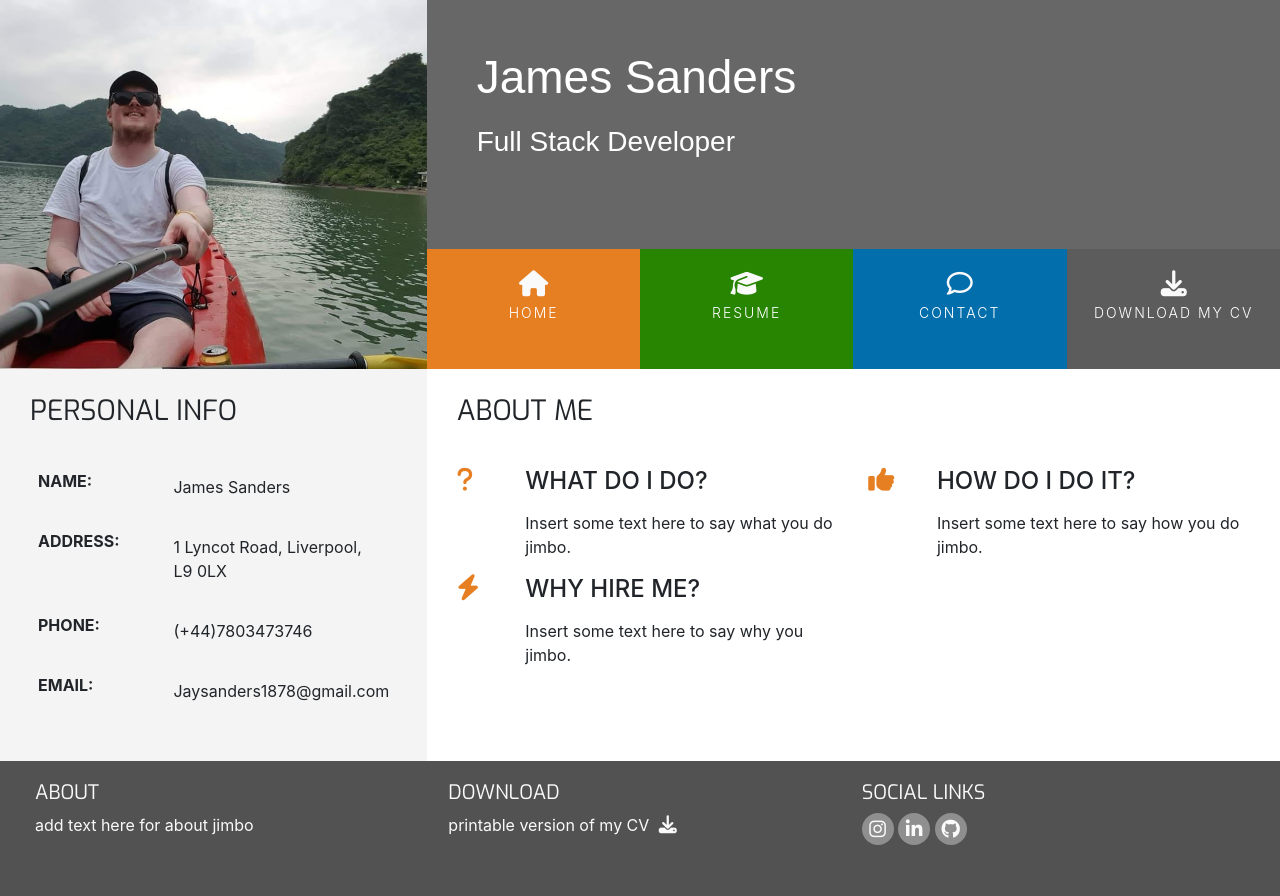
Repository: JaySanders95/my-online-resume
Page: index.html
The author's editor kept a copy of each file at every save. The page is drawn from the files as they stood at one save, then again after the next save.
The browser window is 1280 px wide. The pictures show the whole page.
Some web fonts or font styles are not loaded; a fallback is used. Some web libraries are served in a nearby version.

Above is the page before, as saved 2023-04-19 22:12:57.

After the next save:
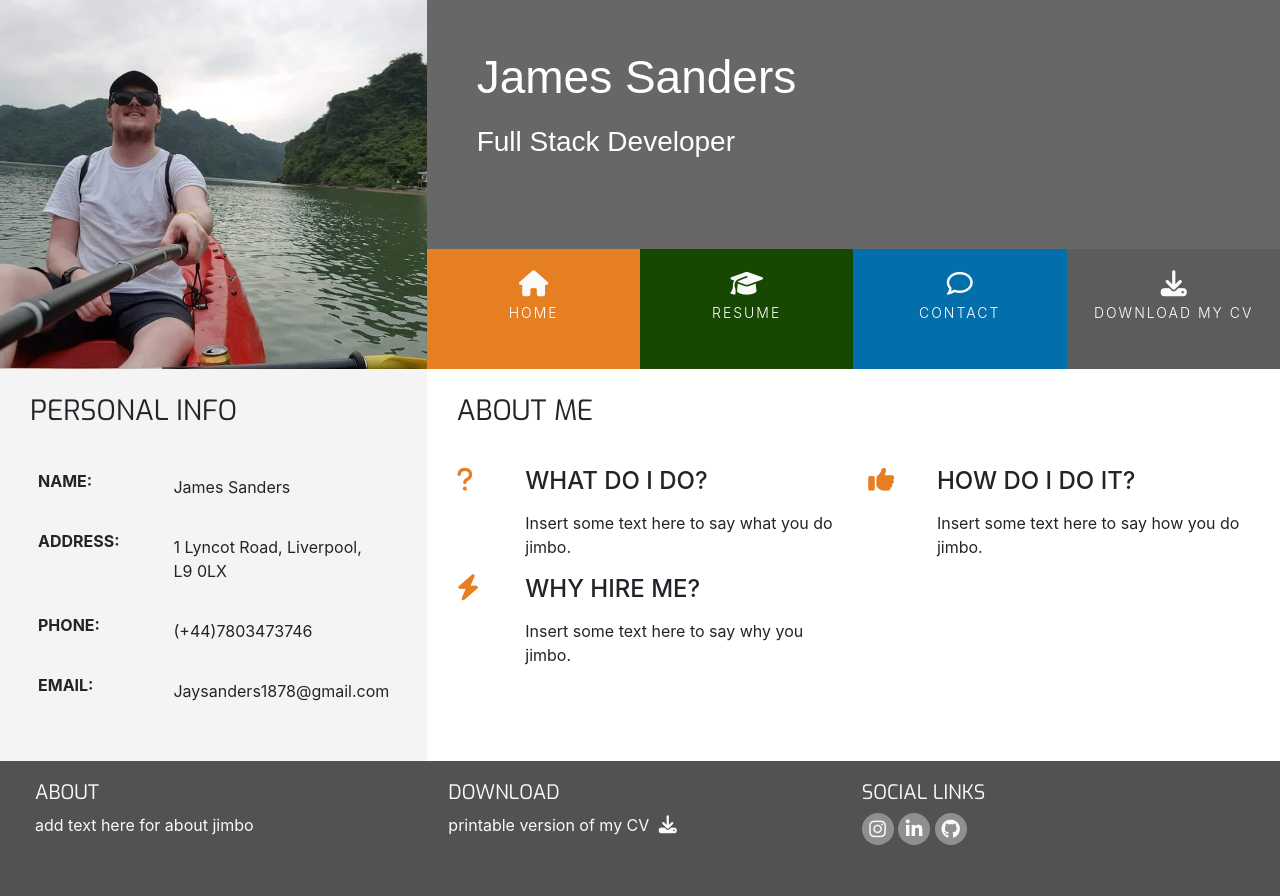
Saved 104 s later.
--- a/assets/css/style.css
+++ b/assets/css/style.css
@@ -20,7 +20,7 @@
 }
 
 .ui-menu-color-resume {
-    background-color: #278502;
+    background-color: #164802;
 }
 
 .ui-menu-color-contact {
@@ -32,7 +32,7 @@
 }
 
 .bg-color-work-history {
-    background-color: #278502;
+    background-color: #164802;
 }
 
 /* ------- Special paddings/margins/text ---------*/
